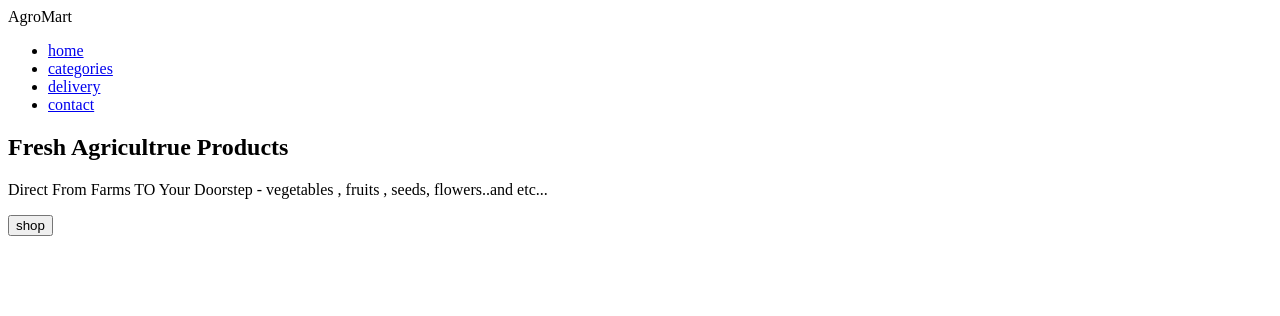
Repository: wingming07/Agro_mart
Page: index.html
An editor plug-in stored every save of this project. The page is shown before and after the next save, followed by the edit.
The browser window is 1280 px wide. The pictures show the whole page.

Above is the page before, as saved 2025-06-09 14:33:10.

After the next save:
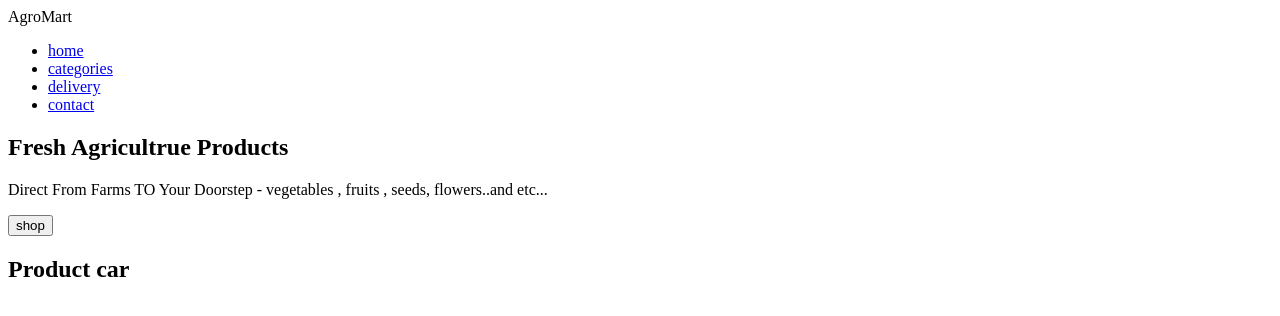
Saved 10 s later.
--- a/index.html
+++ b/index.html
@@ -25,6 +25,6 @@
             </div>
         </section>
         <section id="categories" class="categories">
-            <h2>
+            <h2>Product car
     </body>
 </html>
